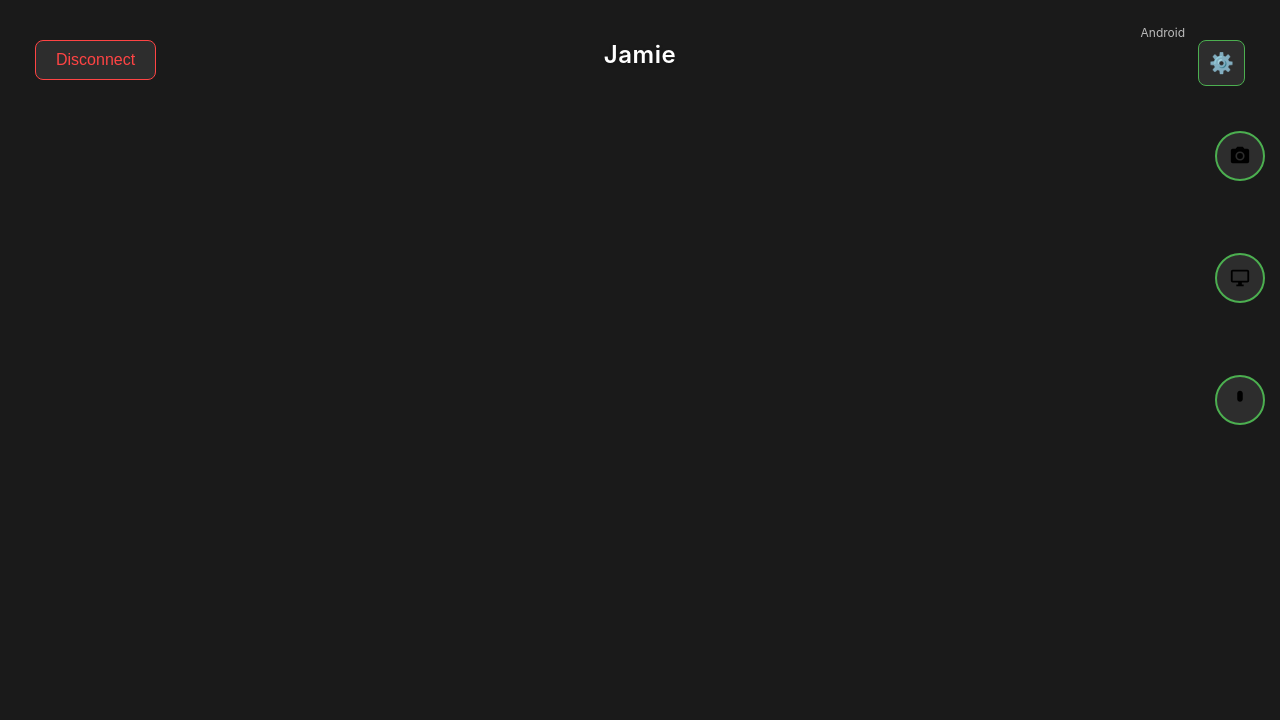
Repository: jayreddin/Jamie-Gemini-Live-App
Page: mobile/android.html
The author's editor kept a copy of each file at every save. The page is drawn from the files as they stood at one save, then again after the next save.
The browser window is 1280 px wide. The pictures show the whole page.

Above is the page before, as saved 2025-03-29 00:22:11.

After the next save:
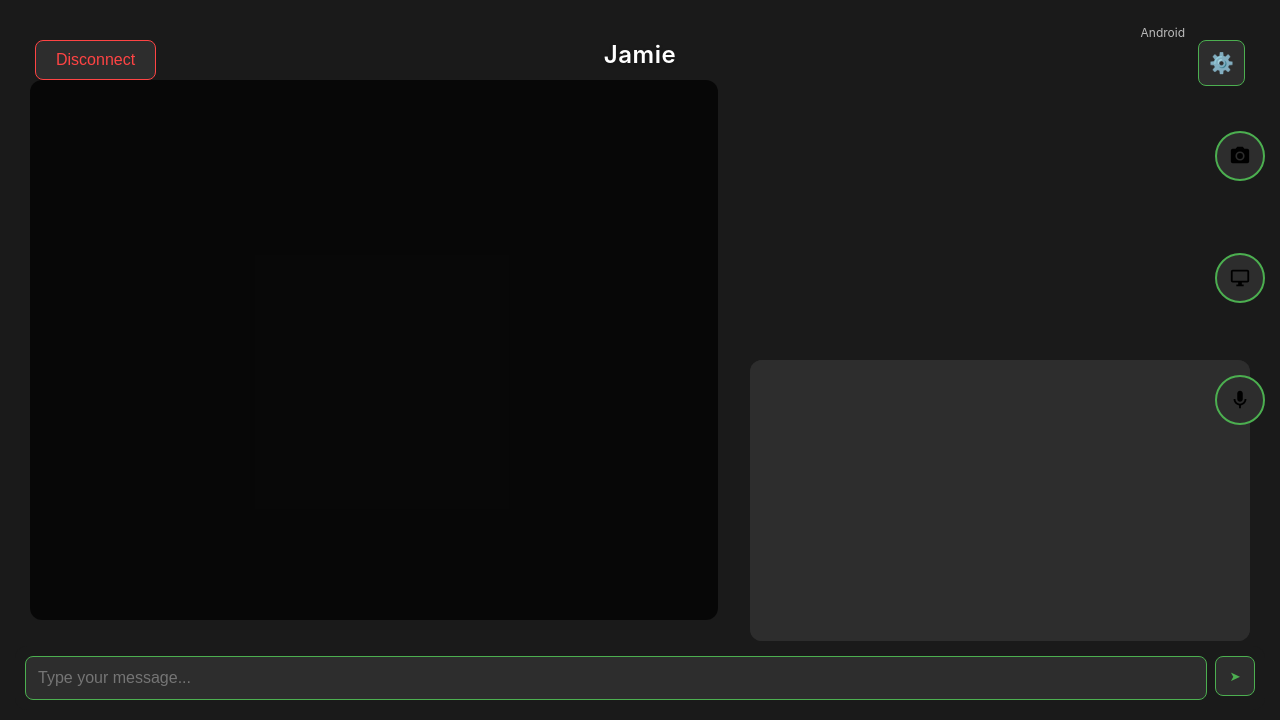
Saved 9 s later.
--- a/mobile/android.html
+++ b/mobile/android.html
@@ -32,3 +32,46 @@
             <button id="micBtnControl" class="mobile-control-btn mic-btn touch-feedback" title="Microphone">
                 <svg viewBox="0 0 24 24">
                     <path d="M12 14c1.66 0 3-1.34 3-3V5c0-1.66-1.34-3-3-3S9 3.34 9 5v6c0 1.66 1.34 3 3 3z"/>
+                    <path d="M17 11c0 2.76-2.24 5-5 5s-5-2.24-5-5H5c0 3.53 2.61 6.43 6 6.92V21h2v-3.08c3.39-.49 6-3.39 6-6.92h-2z"/>
+                </svg>
+            </button>
+        </div>
+
+        <div class="mobile-chat-container">
+            <div id="chatHistory" class="mobile-chat-history"></div>
+        </div>
+
+        <div id="visualizerContainer" class="visualizer-container" data-style="waveform">
+            <canvas id="visualizer"></canvas>
+        </div>
+
+        <div class="preview-container">
+            <div id="cameraPreview" class="mobile-camera-preview"></div>
+            <div id="screenPreview" class="mobile-screen-preview"></div>
+        </div>
+
+        <div class="mobile-input-container">
+            <input type="text" id="messageInput" placeholder="Type your message..." class="mobile-text-input">
+            <button id="sendBtn" class="send-btn touch-feedback">➤</button>
+        </div>
+    </div>
+
+    <script>
+        // Device-specific detection
+        const userAgent = navigator.userAgent;
+        const deviceTag = document.querySelector('.device-tag');
+        if (/tablet|pad|nexus 7|xoom/i.test(userAgent)) {
+            deviceTag.textContent = 'Android Tablet';
+        }
+
+        // Handle Android-specific features
+        if ('wakeLock' in navigator) {
+            // Keep screen on when using camera/mic
+            let wakeLock = null;
+            const requestWakeLock = async () => {
+                try {
+                    wakeLock = await navigator.wakeLock.request('screen');
+                } catch (err) {
+                    console.log(`Wake Lock error: ${err.name}, ${err.message}`);
+                }
+            };
